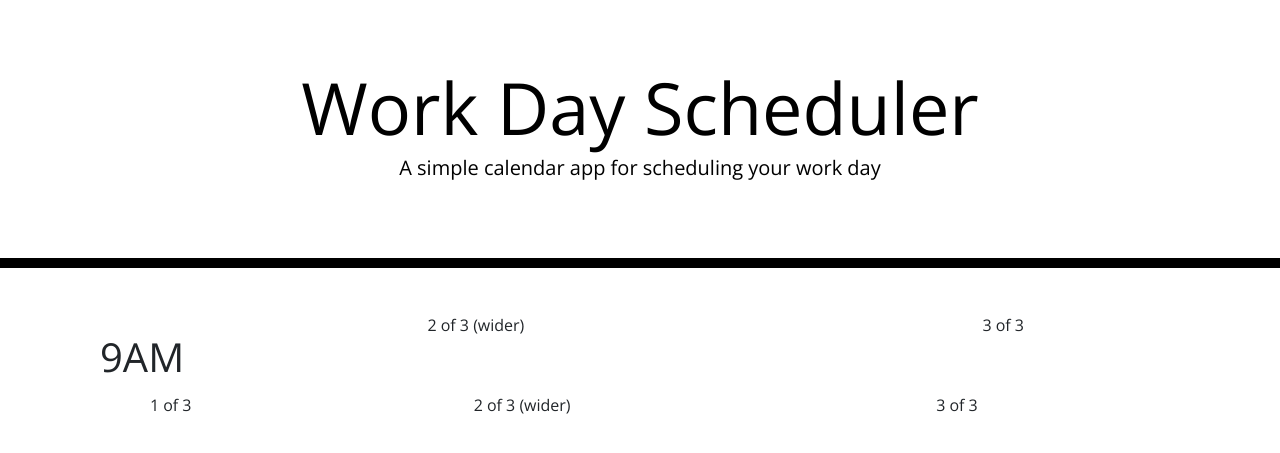
Repository: Mf948/DailyPlannerJS
Page: Develop/index.html
An editor plug-in stored every save of this project. The page is shown before and after the next save, followed by the edit.
The browser window is 1280 px wide. The pictures show the whole page.
Some web libraries are served in a nearby version.

Above is the page before, as saved 2020-12-09 16:27:34.

After the next save:
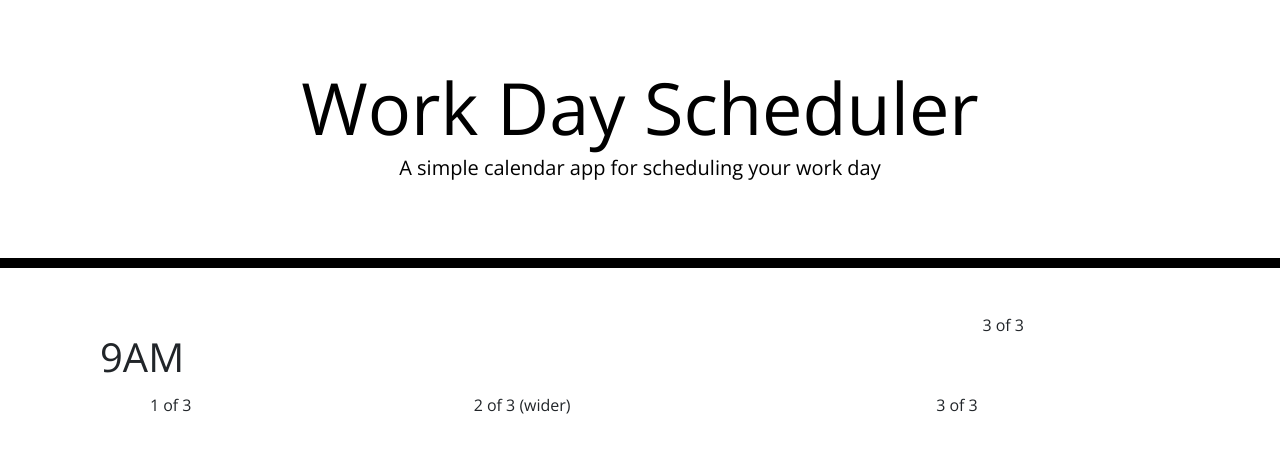
Saved 6 s later.
--- a/Develop/index.html
+++ b/Develop/index.html
@@ -37,7 +37,7 @@
             <h1>9AM</h1>
           </div>
           <div class="col-6">
-            2 of 3 (wider)
+
           </div>
           <div class="col">
             3 of 3
